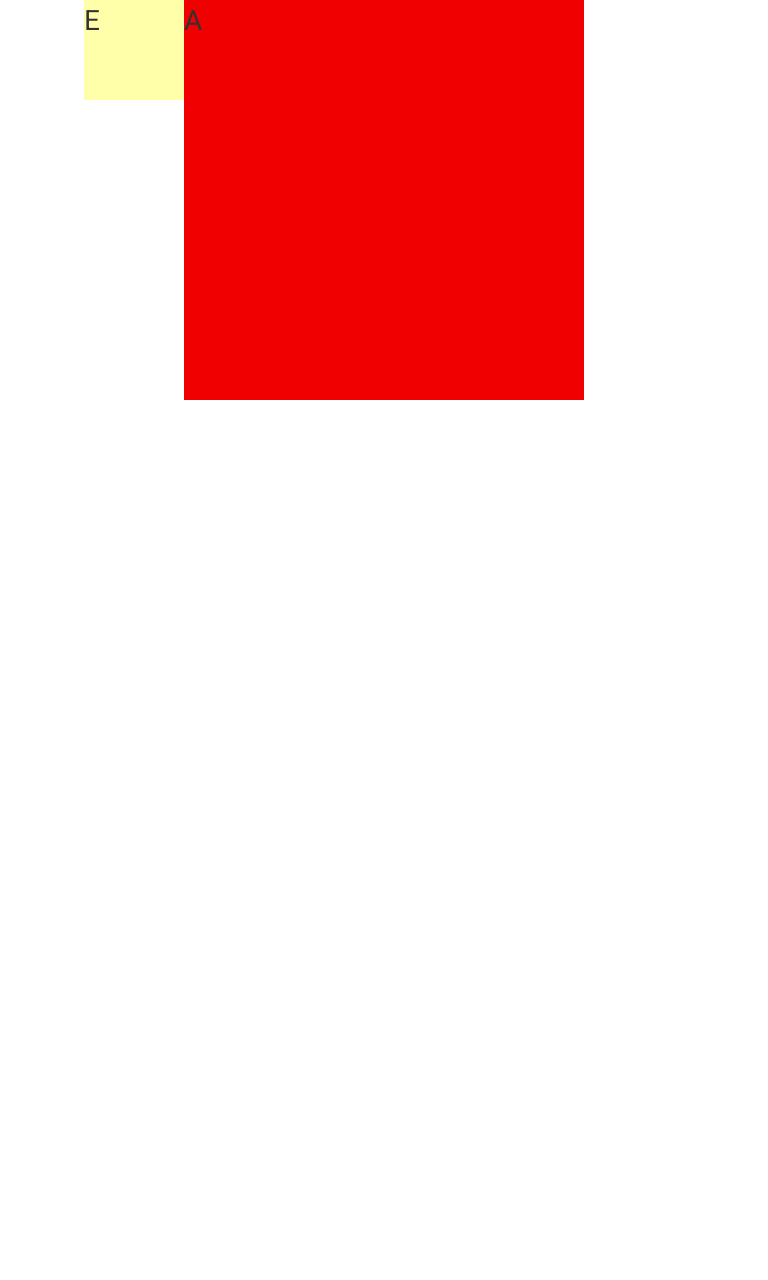
Repository: ablanchard/formation-android
Layout: Bonus/res/layout/fragment_main.xml
The author's editor kept a copy of each file at every save. The layout is drawn from the files as they stood at one save, then again after the next save.
It is drawn on a 768 x 1280 px phone screen (xhdpi) without system bars, with theme AppTheme; the app's code is not run.

Above is the layout before, as saved 2014-04-29 09:48:44.

### Bonus/res/layout/fragment_main.xml
<RelativeLayout xmlns:android="http://schemas.android.com/apk/res/android"
    xmlns:tools="http://schemas.android.com/tools"
    android:layout_width="match_parent"
    android:layout_height="match_parent"
    tools:context="com.example.bonus.MainActivity$PlaceholderFragment" >


    <TextView
        android:layout_width="50dp"
        android:layout_height="50dp"
        android:text="E"
        android:background="#FFFFFFAA"
        android:layout_toLeftOf="@+id/A"
        android:layout_alignParentTop="true"
        android:id="@+id/E"/>

     <TextView
        android:layout_width="200dp"
        android:layout_height="200dp"
        android:text="A"
        android:id="@+id/A"
        android:background="#FFF00000"
        android:layout_centerHorizontal="true"
        android:layout_alignParentTop="true"/>

</RelativeLayout>

Loaded but not shown: Bonus/res/values/styles.xml (common file); Bonus/res/values-v11/styles.xml (common file); Bonus/res/values-v14/styles.xml (common file)

After the next save:
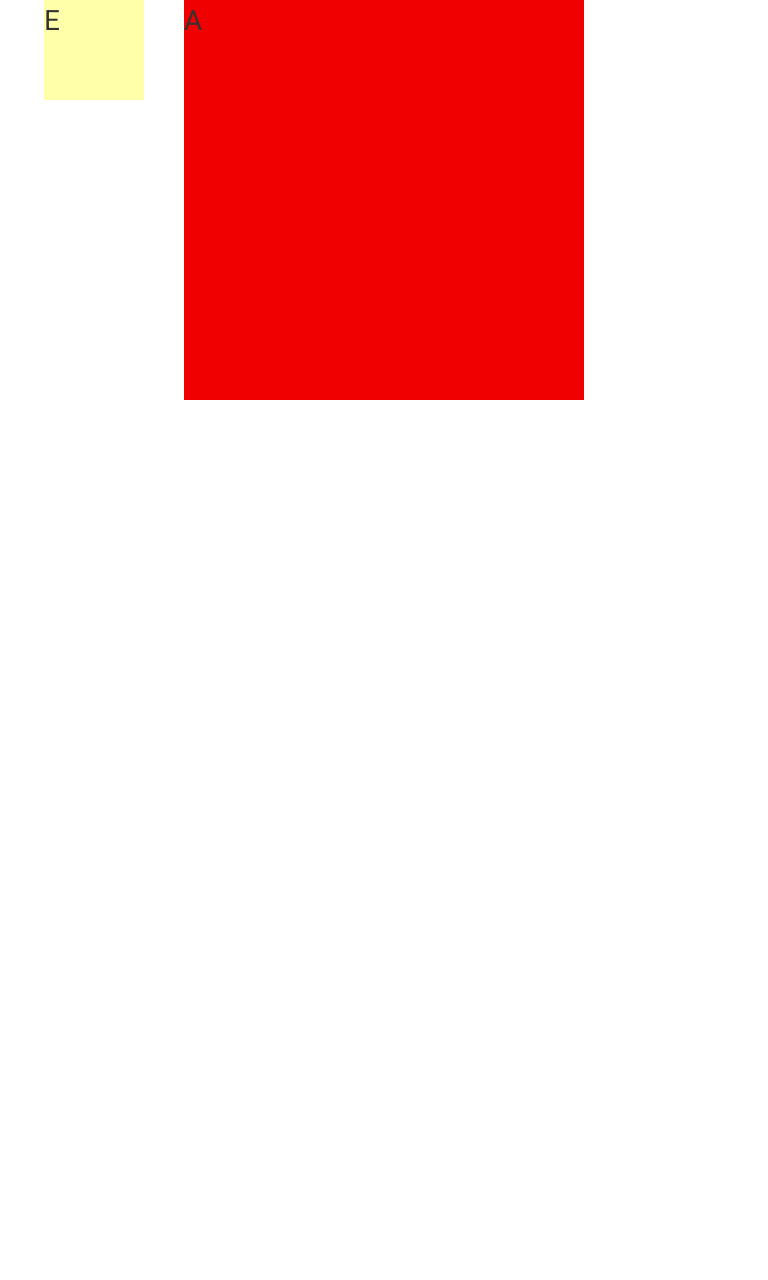
Saved 18 s later.
--- a/Bonus/res/layout/fragment_main.xml
+++ b/Bonus/res/layout/fragment_main.xml
@@ -9,6 +9,7 @@
         android:layout_width="50dp"
         android:layout_height="50dp"
         android:text="E"
+        android:layout_marginRight="20dp"
         android:background="#FFFFFFAA"
         android:layout_toLeftOf="@+id/A"
         android:layout_alignParentTop="true"
